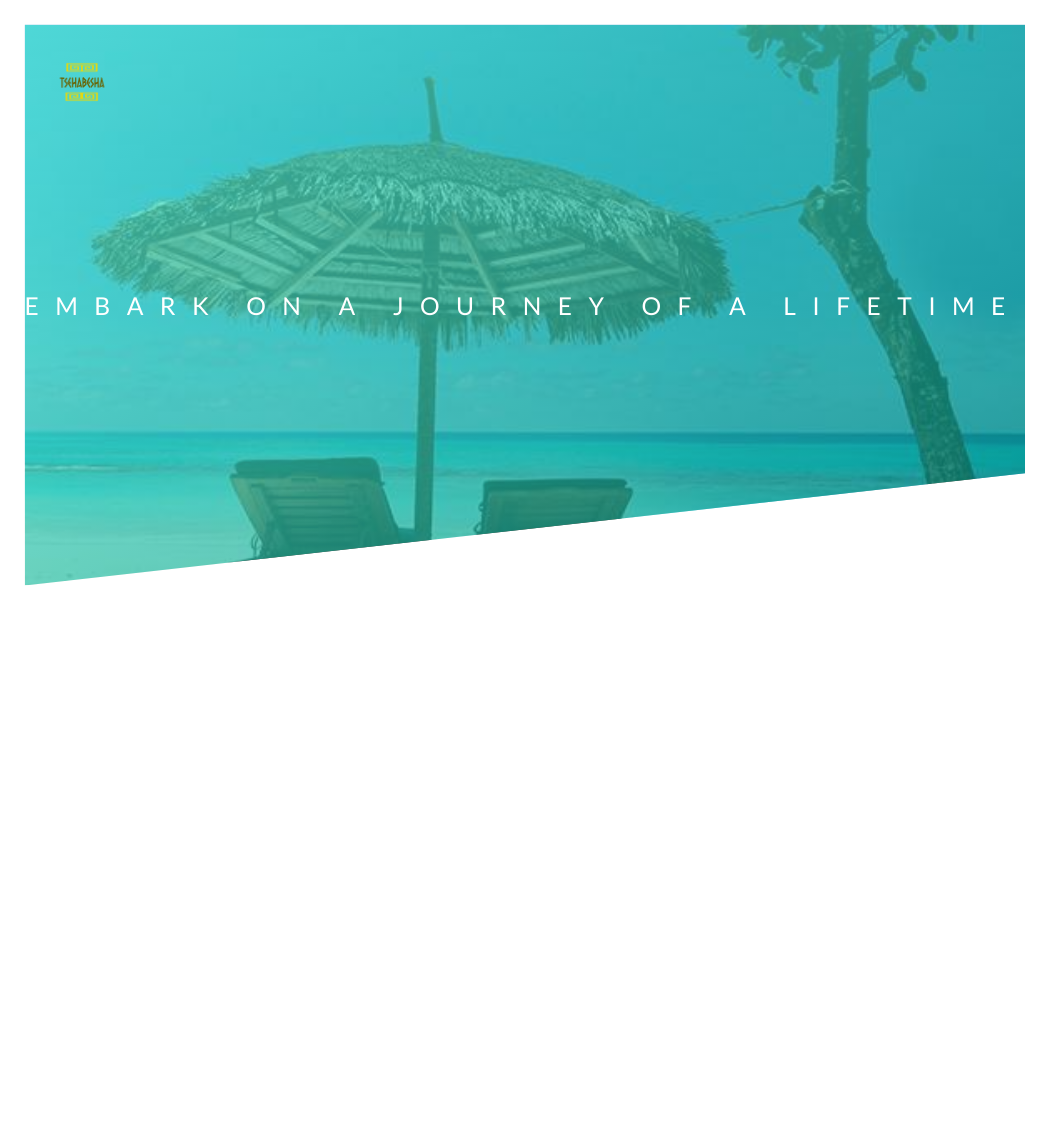
Repository: Azariagmt/tour-and-travel
Page: index.html
An editor plug-in stored every save of this project. The page is shown before and after a run of saves, followed by the edit.
The browser window is 1280 px wide. The pictures show the whole page, at 82% of full size.

Above is the page before, as saved 2020-03-24 17:03:01.

### index.html
<!DOCTYPE html>
<!--[if lt IE 7]>      <html class="no-js lt-ie9 lt-ie8 lt-ie7"> <![endif]-->
<!--[if IE 7]>         <html class="no-js lt-ie9 lt-ie8"> <![endif]-->
<!--[if IE 8]>         <html class="no-js lt-ie9"> <![endif]-->
<!--[if gt IE 8]><!--> <html class="no-js"> <!--<![endif]-->
    <head>
        <meta charset="utf-8">
        <meta http-equiv="X-UA-Compatible" content="IE=edge">
        <title></title>
        <meta name="description" content="">
        <meta name="viewport" content="width=device-width, initial-scale=1">
        <link href="https://fonts.googleapis.com/css?family=Lato&display=swap" rel="stylesheet">
        <link rel="stylesheet" href="css/style.css">
    </head>
    <body>
        <!--[if lt IE 7]>
            <p class="browsehappy">You are using an <strong>outdated</strong> browser. Please <a href="#">upgrade your browser</a> to improve your experience.</p>
        <![endif]-->
        <header class="header">
            <div class="logo-box">
                <img src="img/tsehabesha-logo.png" alt="Logo" class="logo">
            </div>
            <h1 class="heading-primary">
                <span class="heading-primary-main">
                    embark on a journey of a lifetime
                </span>
                <span class="heading-primary-sub">
                    a true african experience from tsehabesha
                </span>
            </h1>
        </header>
        <script src="" async defer></script>
    </body>
</html>

### css/style.css
* {
  margin: 0;
  padding: 0;
  box-sizing: border-box;
}

body {
  font-family: "Lato", sans-serif;
  font-weight: 400;
  font-size: 16px;
  line-height: 1.7;
  color: #777777;
  padding: 30px;
}

.header {
  height: 95vh;
  background-image: linear-gradient(to right bottom, #64ffdbb9, #00897bb9),
    url(../img/2.jpg);
  background-size: cover;
  background-position: top;
  clip-path: polygon(0 0, 100% 0, 100% 80%, 0% 100%);
  position: relative;
}

.logo-box {
  position: absolute;
  top: 40px;
  left: 40px;
}

.logo {
  height:60px;
}

.heading-primary{
    color:white;
    text-transform: uppercase;
    line-height: 95vh;
}

.heading-primary-main{
  display: block;
  font-size: 30px;
  font-weight: 400;
  letter-spacing: 20px;
}

.heading-primary-sub{
  display: block;
  font-size:20px;
  font-weight:400;
  letter-spacing: 10px;
}

After the next 3 saves:
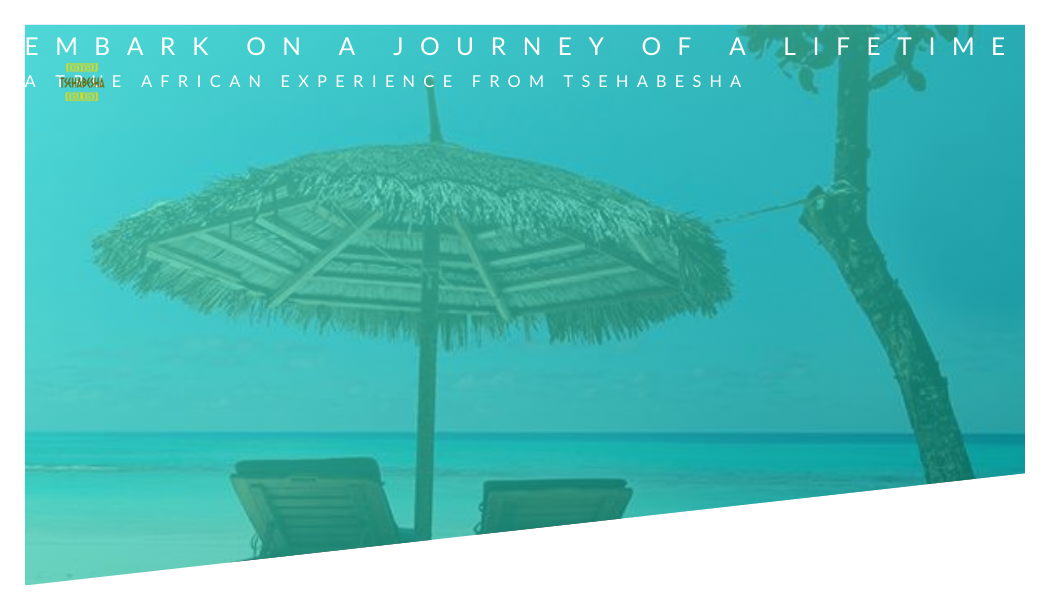
The 3 saves are shown as one change because they came seconds apart.
The last was saved 23 s later.
--- a/css/style.css
+++ b/css/style.css
@@ -36,7 +36,7 @@
 .heading-primary{
     color:white;
     text-transform: uppercase;
-    line-height: 95vh;
+    /* line-height: 95vh; */
 }
 
 .heading-primary-main{
